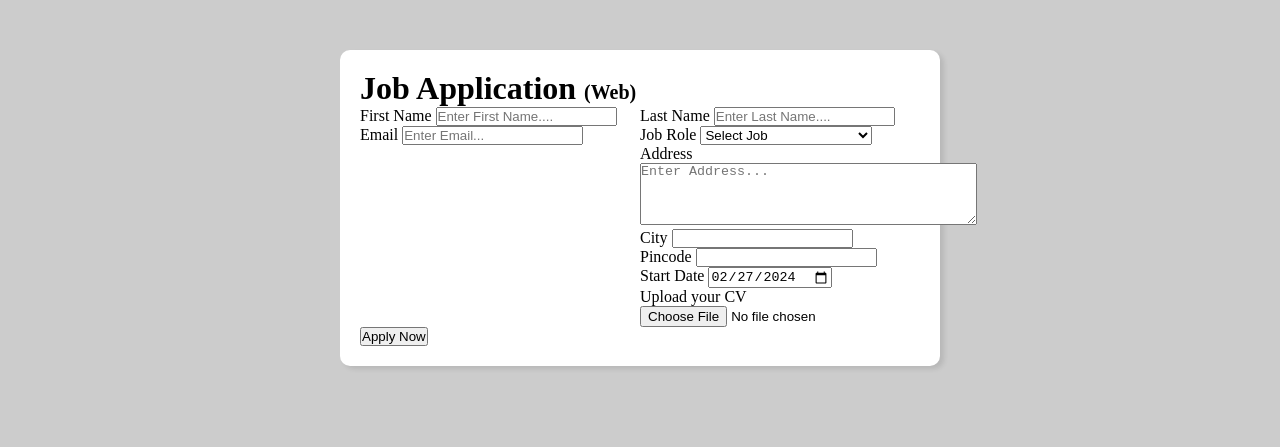
Repository: diensy/JOB-APPLICATION
Page: index.html
An editor plug-in stored every save of this project. The page is shown before and after the next save, followed by the edit.
The browser window is 1280 px wide. The pictures show the whole page.

Above is the page before, as saved 2024-02-27 22:14:23.

### index.html
<!DOCTYPE html>
<html lang="en">
  <head>
    <meta charset="UTF-8" />
    <meta name="viewport" content="width=device-width, initial-scale=1.0" />
    <title>Job Application Form</title>
    <link rel="stylesheet" href="Job_Application.css" />
  </head>
  <body>
    <div class="container">
      <div class="apply">
        <h1>Job Application <span class="web">(Web)</span></h1>

    <form action="">
      <div class="form_container">
        <div class="form_control">
          <label for="first">First Name</label>
          <input type="text" id="first" placeholder="Enter First Name...." />
        </div>
        <div class="form_control">
          <label for="last">Last Name</label>
          <input type="text" id="last" placeholder="Enter Last Name...." />
        </div>
        <div class="form_control">
          <label for="Email">Email</label>
          <input type="email" id="Email" placeholder="Enter Email..." />
        </div>
        <div class="form_control">
        <label for="Job">Job Role</label>
      <select name="JobRole" id="Job">
        <option value="Select Job">Select Job</option>
        <option value="JAVA">JAVA DEVELOPER</option>
        <option value="WEB">WEB DEVELOPER</option>
        <option value="BACKEND">BACKEND DEVELOPER</option>
        <option value="MERN DEVELOPER">MERN DEVELOPER</option>
      </div>
      </select>
      <label for="address">Address</label>
      <div class="textarea_control">
      <textarea
        name="Address"
        id="address"
        cols="40"
        rows="4"
        placeholder="Enter Address..."
      ></textarea>
    </div>
    <div class="textarea_control">
      <label for="city">City</label>
      <input type="text" id="city" />
    </div>
    <div class="textarea_control">
      <label for="pin">Pincode</label>
      <input type="text" id="pin" />
      </div>
      <div class="textarea_control">
      <label for="date">Start Date</label>
      <input value="2024-02-27" type="date" name="date" id="date" />
      </div>
      <div class="textarea_control">
      <label for="file">Upload your CV</label>
      <input type="file" id="file" />
      </div>
    </div>
    <div class="button_control">
      <button class="applybutton" type="submit">Apply Now</button>
    </div>
    </form>
  </div>
  </div>
  </body>
</html>

### Job_Application.css
* {
  margin: 0;
  padding: 0;
  box-sizing: border-box;
}
body {
  background-color: #ccc;
}
.container {
  max-width: 900px;
  margin: 0 auto;
}
.apply {
  max-width: 600px;
  padding: 20px;
  background-color: white;
  margin: 0 auto;
  margin-top: 50px;
  box-shadow: 4px 3px 5px rgb(1, 1, 1, 0.1);
  border-radius: 10px;
}
.web {
  font-size: 20px;
}
.applybutton {
}
.form_container {
  display: grid;
  grid-template-columns: repeat(auto-fit, minmax(200px, 1fr));
}

After the next save:
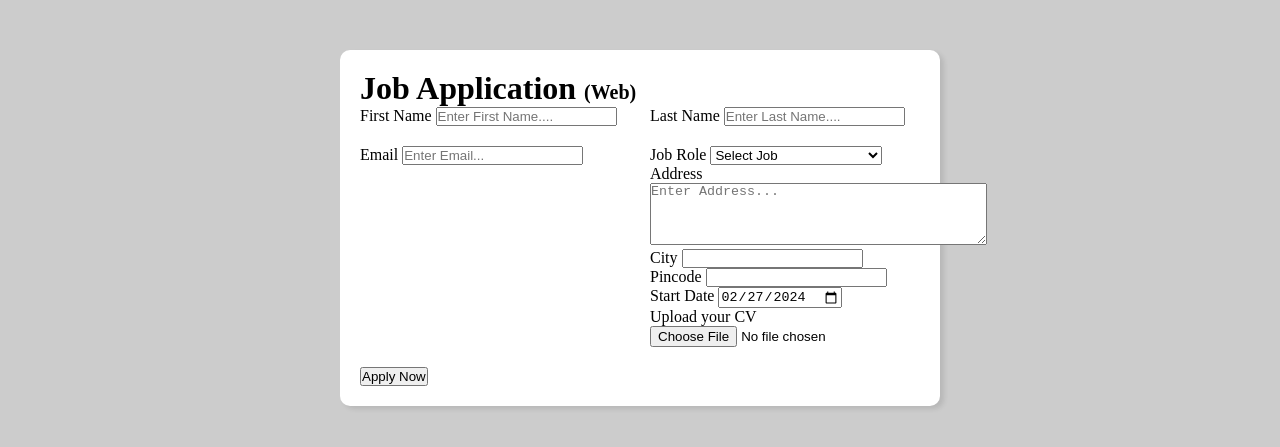
Saved 4 min 20 s later.
--- a/Job_Application.css
+++ b/Job_Application.css
@@ -27,4 +27,5 @@ body {
 .form_container {
   display: grid;
   grid-template-columns: repeat(auto-fit, minmax(200px, 1fr));
+  grid-gap: 20px;
 }
